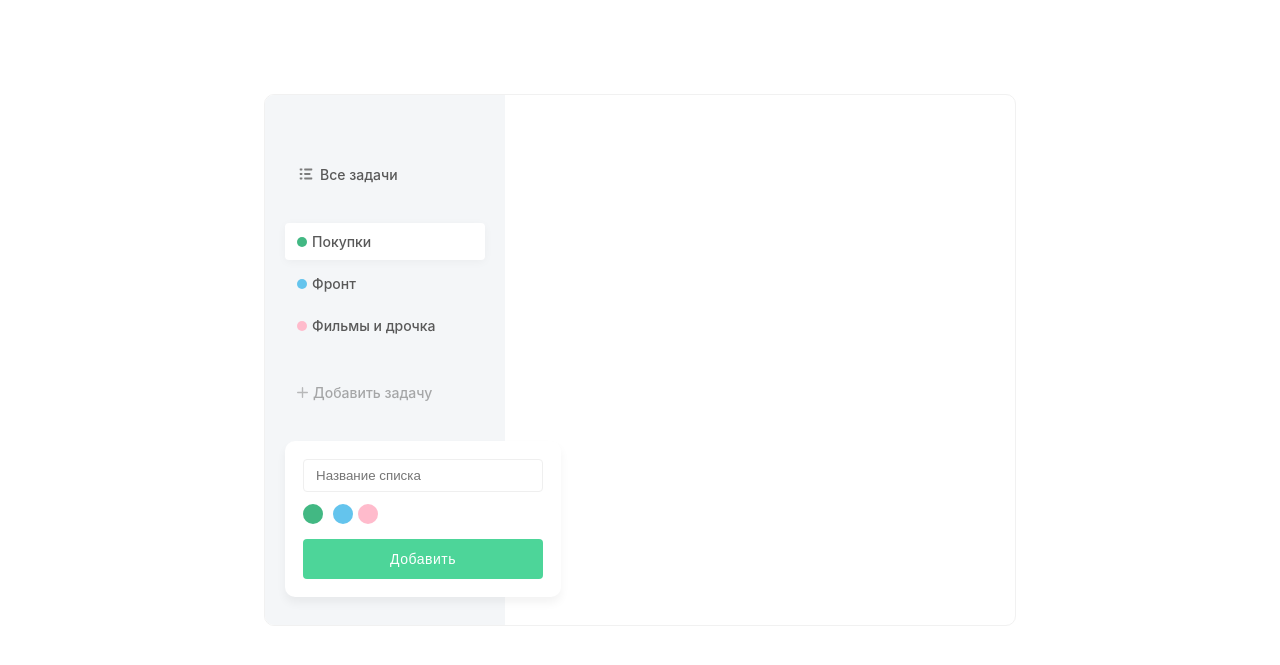
Repository: AzimAzimov/Todo
Page: /
An editor plug-in stored every save of this project. The page is shown before and after a run of saves, followed by the edit.
The browser window is 1280 px wide. The pictures show the whole page.
The project was rebuilt for these pictures with package versions that can differ from the ones it lists, and the page was loaded fresh each time.

Above is the page before, as saved 2023-02-19 15:22:19.

After the next 17 saves:
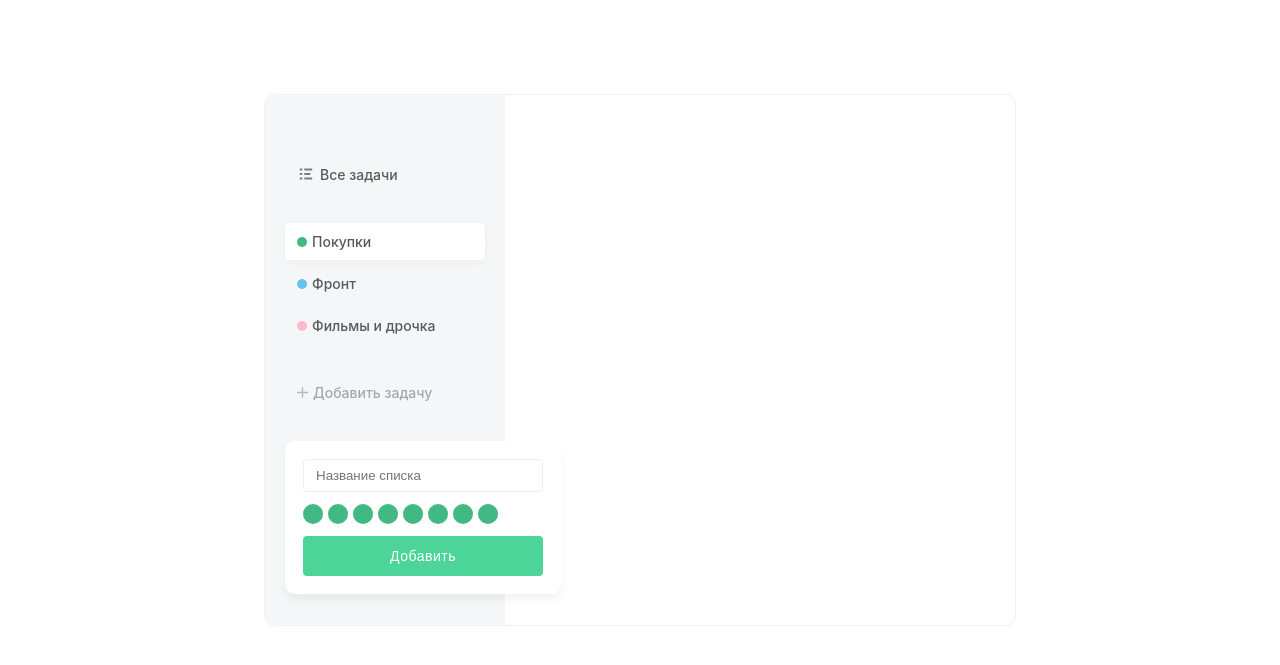
The 17 saves are shown as one change because 4 did not build or start and some came seconds apart.
The last was saved 63 s later.
--- a/src/components/addButtonList/AddButtonList.jsx
+++ b/src/components/addButtonList/AddButtonList.jsx
@@ -29,10 +29,12 @@ const AddButtonList = ({ colors }) => {
           <input className='field' type='text' placeholder='Название списка' />
           <div className="add__list__popup__colors">
             <ul>
-              <Badge color="green" />
-              <li></li>
-              <li><Badge color="blue" /></li>
-              <li><Badge color="pink" /></li>
+
+              {colors.map(color => {
+                return (
+                  <Badge color="green" />
+                )
+              })}
             </ul>
           </div>
           <button className='button'>Добавить</button>
